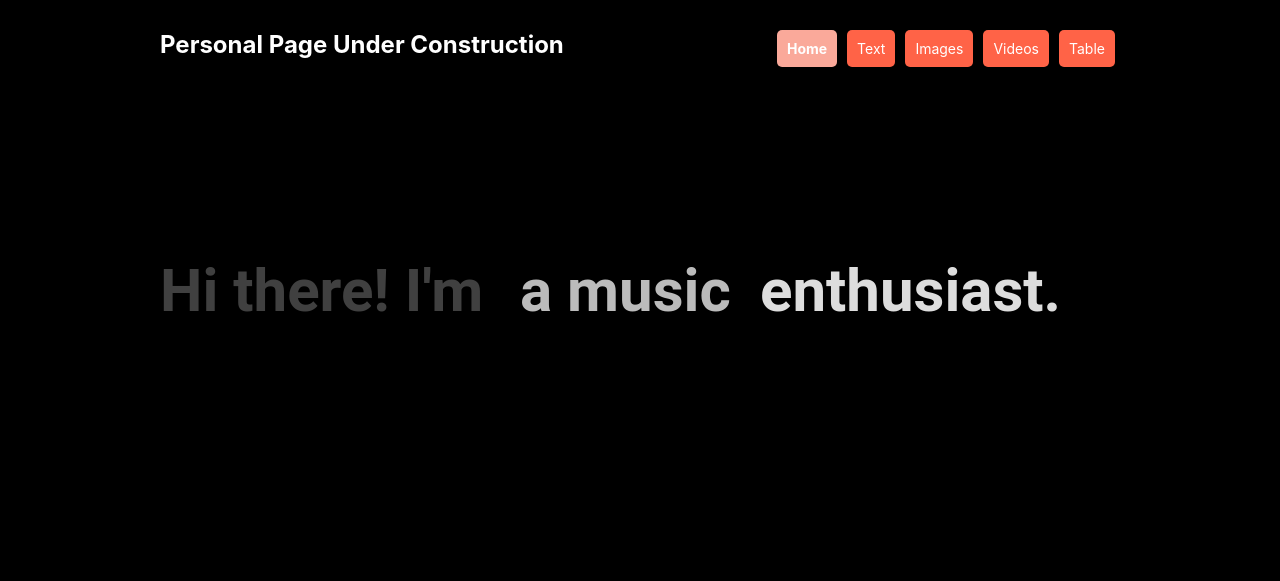
Repository: luhan68/personal_website
Page: index.html
These files come from the project's save history. The page is drawn as it stood at one moment and after the next save; the edit follows.
The browser window is 1280 px wide. The pictures show the whole page.

Above is the page before, as saved 2021-01-30 20:27:29.
Not found: myScript.js

After the next save:
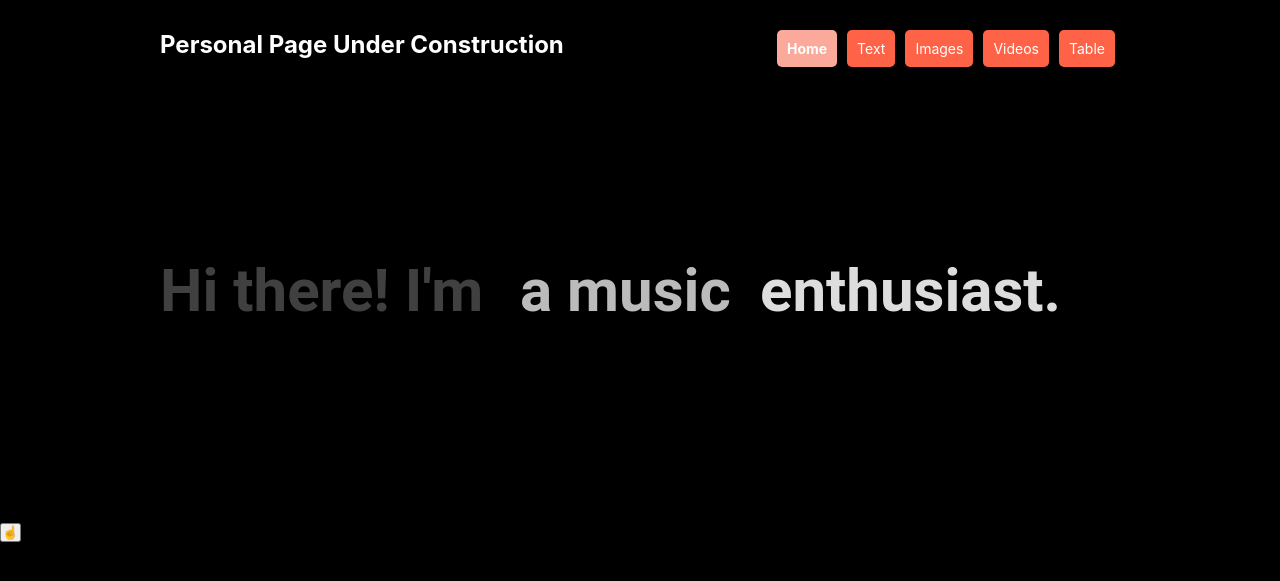
Saved 2 min 46 s later.
--- a/index.html
+++ b/index.html
@@ -44,6 +44,7 @@
 </div>
 
 
-
-<div id="fb-root"></div>
-<script async defer crossorigin="anonymous" src="https://connect.facebook.net/en_US/sdk.js#xfbml=1&version=v6.0&appId=2126666884255373&autoLogAppEvents=1"></script>
+<footer>
+    <!-- Scroll to top button -->
+    <button id="scrollBtn">☝️</button>
+</footer>
